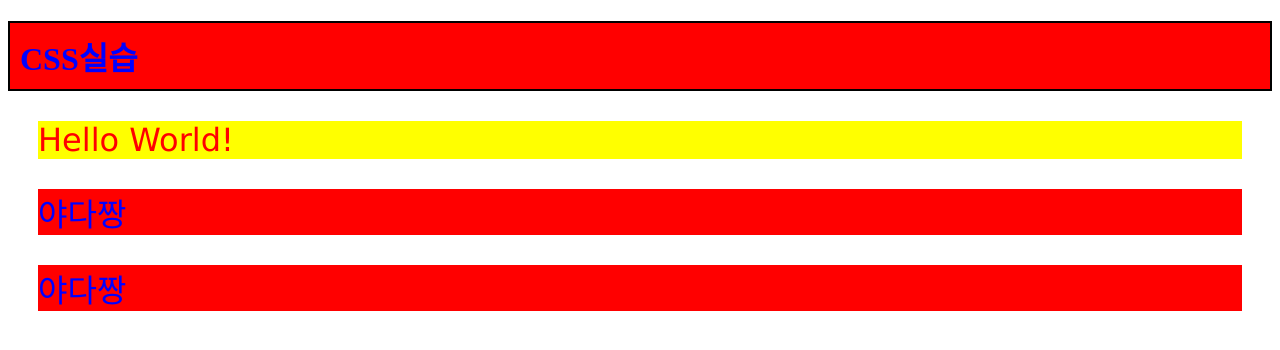
Repository: ashojm/WebWork
Page: Web/first.html
These files come from the project's save history. The page is drawn as it stood at one moment and after the next save; the edit follows.
The browser window is 1280 px wide. The pictures show the whole page.

Above is the page before, as saved 2015-11-12 16:19:58.

### Web/first.html
<!DOCTYPE html>
<html>
	<head>
		<meta charset="UTF-8">
		<link rel="stylesheet" href="css/base.css"/>
		<title>제목입니다.</title>
	</head>
	<body>
		<h1>CSS실습</h1>
		<p>
			Hello World!
		</p>
		<p id="yada">
			야다짱
		</p>
		<p id="yada">
			야다짱
		</p>

	</body>
</html>

### Web/css/base.css
h1{color:#0000FF;font-family:serif;font-size:200%;background-color:red;border:2px solid black;padding:10px}
p {color:red;font-size:200%;font-family:Verdana;background-color:yellow;margin:30px}
p#yada {color:blue;background-color:red}
p.yada {color:black;background-color:red}

After the next save:
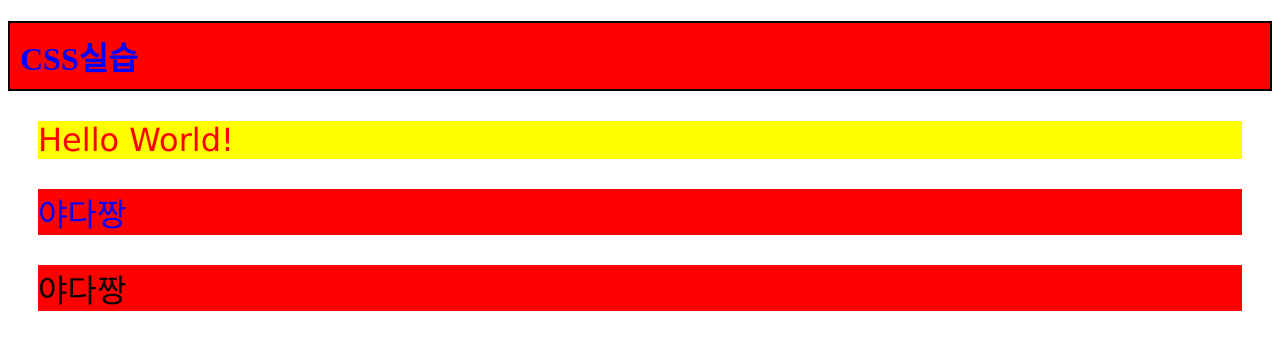
Saved 9 s later.
--- a/Web/first.html
+++ b/Web/first.html
@@ -13,7 +13,7 @@
 		<p id="yada">
 			야다짱
 		</p>
-		<p id="yada">
+		<p class="yada">
 			야다짱
 		</p>
 
